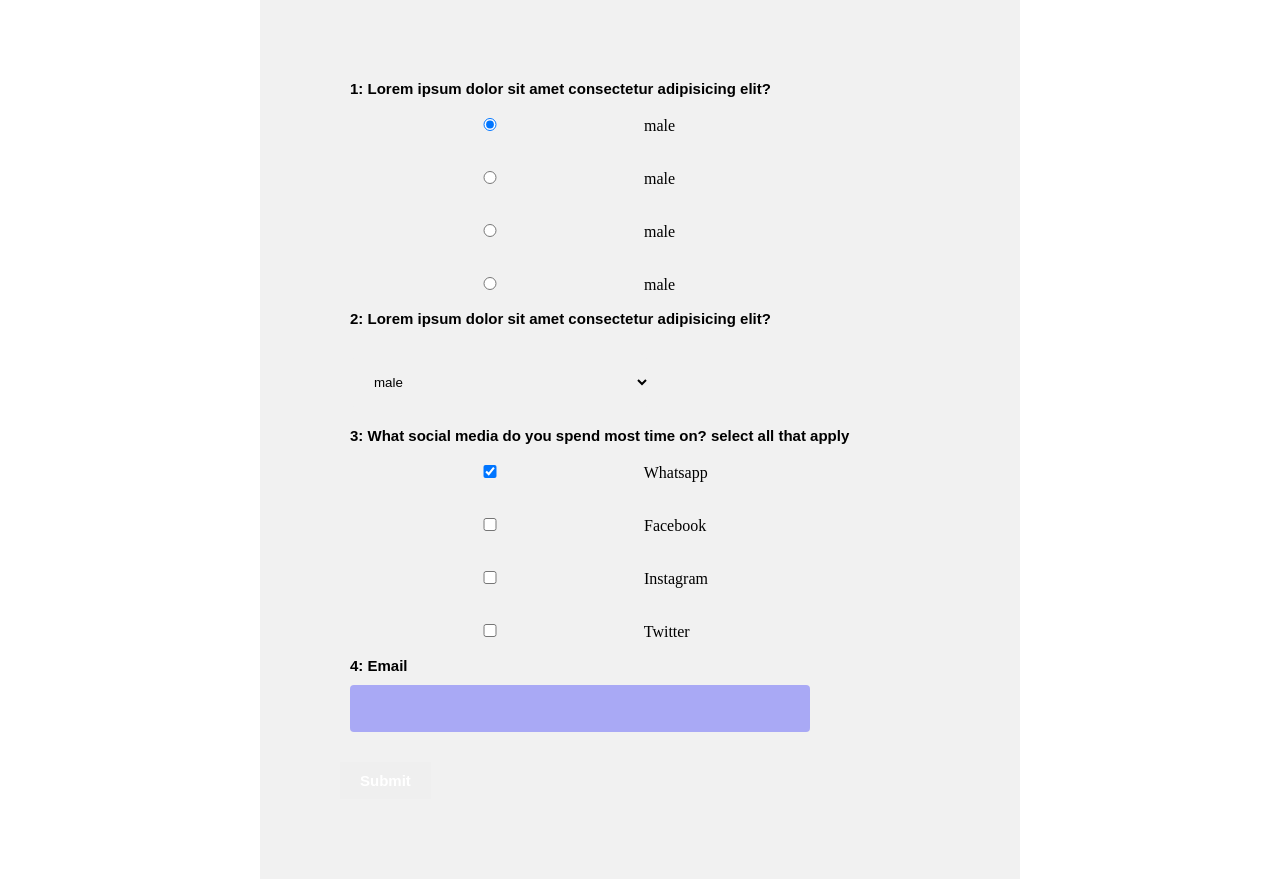
Repository: Grace229/Hasob-form
Page: index.html
An editor plug-in stored every save of this project. The page is shown before and after the next save, followed by the edit.
The browser window is 1280 px wide. The pictures show the whole page.

Above is the page before, as saved 2020-12-27 11:52:12.

### index.html
<!DOCTYPE html>
<html lang="en">
<head>
    <meta charset="UTF-8">
    <meta name="viewport" content="width=device-width, initial-scale=1.0">
    <title>Document</title>
    <link rel="stylesheet" href="style.css">
</head>
<body>
    <form>
        <!-- radio button -->
        <div>
            <label class="question" for="">1: Lorem ipsum dolor sit amet consectetur adipisicing elit? </label> <br>
                <input type="radio" name="gender" value="male" class="input" checked>
                <label> male</label>
                <input type="radio" name="gender" value="male" class="input">
                <label> male</label>
                <input type="radio" name="gender" value="male" class="input">
                <label> male</label>
                <input type="radio" name="gender" value="male" class="input">
                <label> male</label>

        </div>
        <!-- dropdown -->
        <div>
            <label  class="question" for="">2: Lorem ipsum dolor sit amet consectetur adipisicing elit? </label><br>
               <select name="grace" id="input">
                   <option value="male" class="check">
                    <label> male</label>
                   </option>
                   <option value="male" class="check">
                    <label> male</label>
                   </option>
                   <option value="male" class="check">
                    <label> male</label>
                   </option>
                   <option value="male" class="check">
                    <label> male</label>
                   </option>
               </select>
        </div>
        <!-- checkboxes -->
           <div>
            <label  class="question" for="">3: What social media do you spend most time on? select all that apply</label><br>
               <input type="checkbox" name="gender" value="male" class="input" checked>
               <label> Whatsapp</label>
                <input type="checkbox" name="gender" value="male" class="input">
                <label> Facebook</label>
                <input type="checkbox" name="gender" value="male" class="input">
                <label> Instagram</label>
                <input type="checkbox" name="gender" value="male" class="input">
                <label> Twitter</label>
        </div>
        <!-- textbox -->
        <div>
            <label  class="question" for=""> 4: Email</label> <br>
            <input type="email" name="email" id="email">
        </div>

        <div>
          <button class="btn"> Submit </button>
        </div>
   </form>
</body>
</html>

### style.css
*{
    padding: 0;
    margin: 0;
}
.question{
    font-size: 15px;
    font-weight: bold;
    font-family: sans-serif;
    margin: 10px 50px 10px 10px;
}

.input{
    width: 50%;
    margin: 20px 0px 20px 0px;
    cursor: pointer;

}
.check{
    border: solid 1px black;
}
#input{
    width: 50%;
    margin: 30px 10px 20px 10px;
    border: none;
}
select{
    border: 1px  solid black;
    background-color:#f1f1f1;
    padding: 16px 20px;
    border-radius: 4px;
}
option{
    border: 1px solid black;
    font-size:  15px;
}
form{
    width: 600px;
    margin: auto;
    background-color: #f1f1f1;
    padding: 80px;
}
#email{
    width: 70%;
    margin: 10px 10px 30px 10px;
    border: none;
    background-color: rgb(169, 169, 245);
    padding: 16px 20px;
    border-radius: 4px;
    cursor: pointer;
}
#email:focus{
    background-color: #ffffff;
    font-size: 20px;

}
.btn{
    cursor: pointer;
    display: inline-block;
    border: 0;
    font-weight: bold;
    padding: 10px 20px;
    background: #3c;
    color: #fff;
    font-size: 15px;
}

.btn:hover{
opacity: 0.9;
}

After the next save:
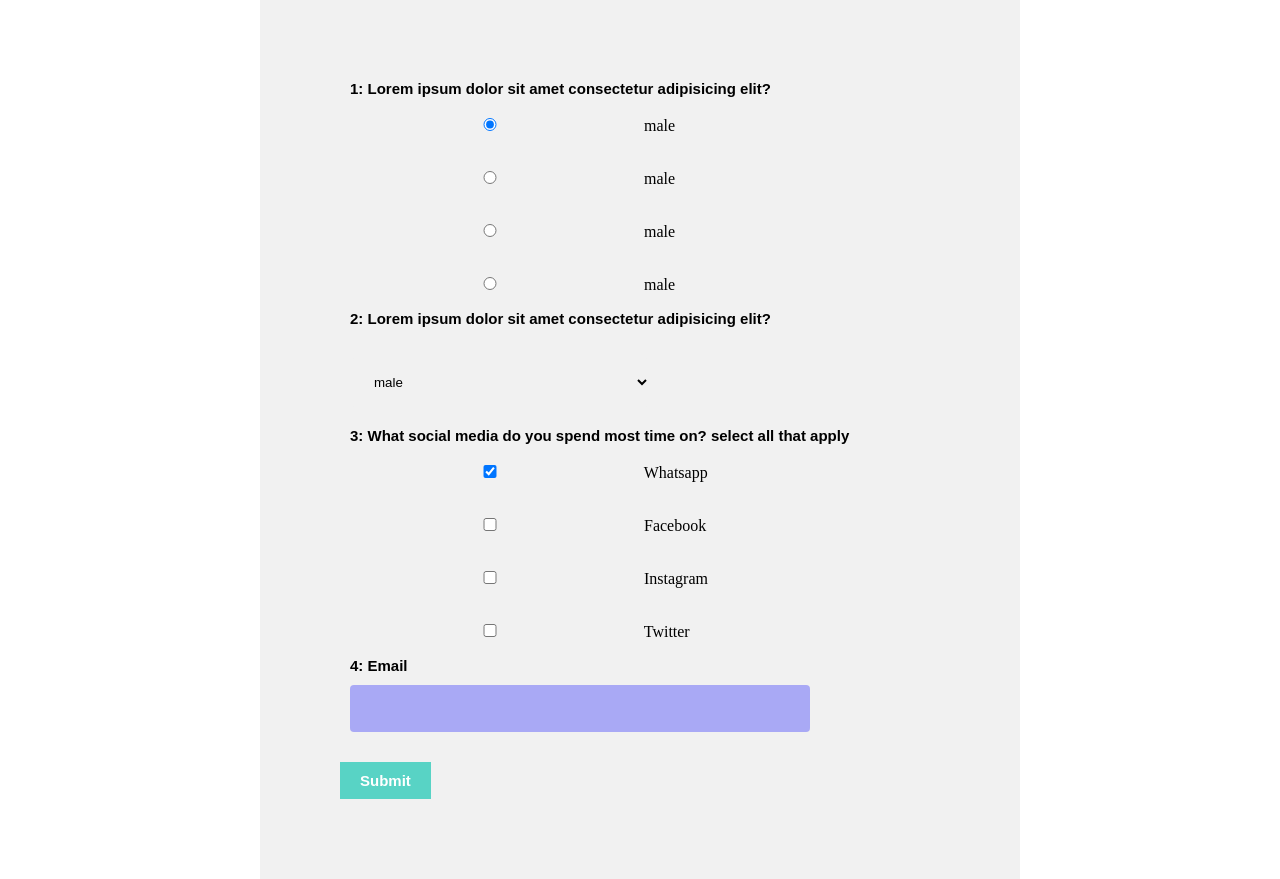
Saved 6 s later.
--- a/style.css
+++ b/style.css
@@ -59,7 +59,7 @@
     border: 0;
     font-weight: bold;
     padding: 10px 20px;
-    background: #3c;
+    background: #3cbc;
     color: #fff;
     font-size: 15px;
 }

After the save that followed:
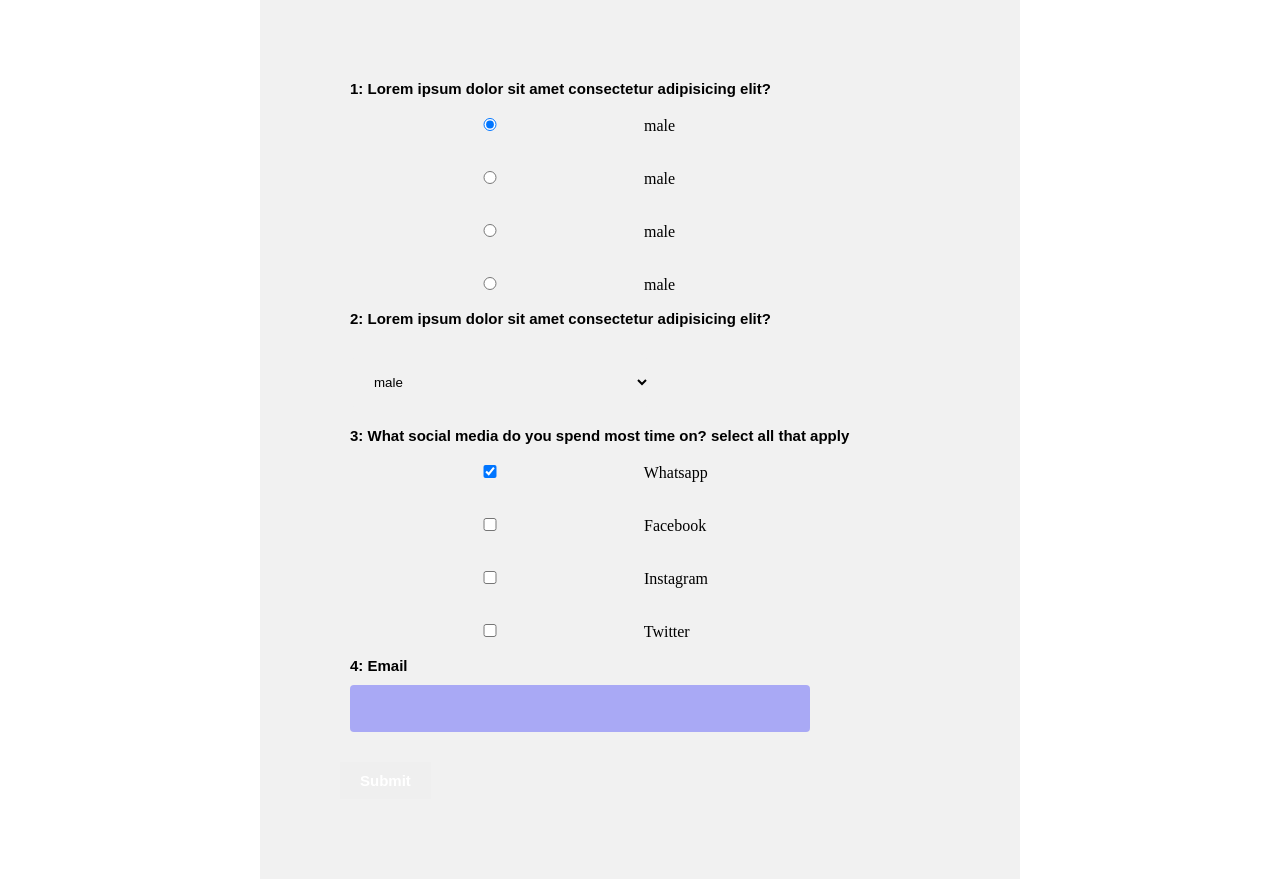
Saved 7 s later.
--- a/style.css
+++ b/style.css
@@ -59,7 +59,7 @@
     border: 0;
     font-weight: bold;
     padding: 10px 20px;
-    background: #3cbc;
+    background: #3cbc8;
     color: #fff;
     font-size: 15px;
 }
